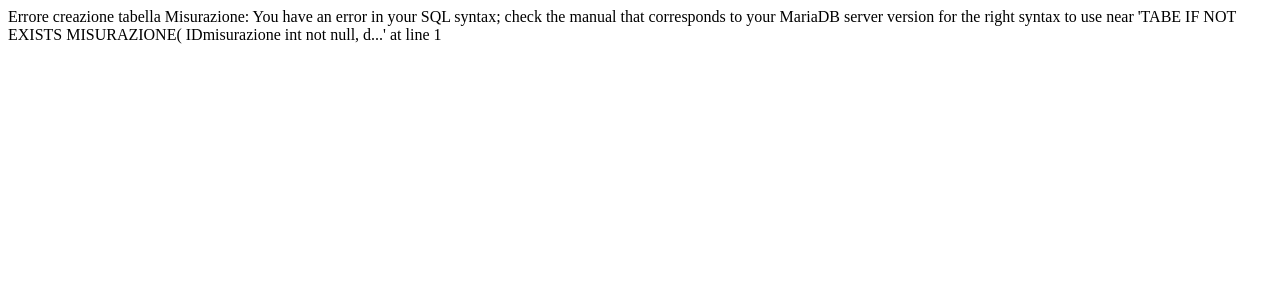
Repository: EmanueleCoradin/IoTMonitoring-CV-19-Patients
Page: http://localhost/init.php
These files come from the project's save history. The page is drawn as it stood at one moment and after a run of saves; the edit follows.
The browser window is 1280 px wide. The pictures show the whole page.
The page is run by PHP 8.4 with error messages shown; the project is at /var/www/html/.

Above is the page before, as saved 2020-05-11 16:47:54.

After the next 2 saves:
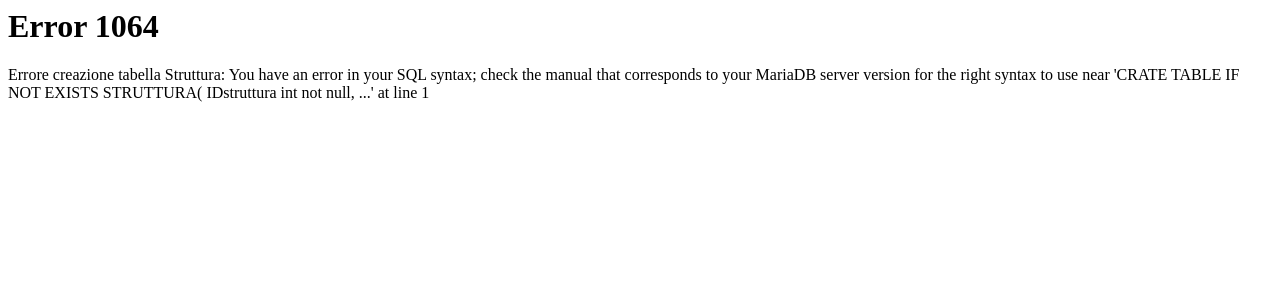
The 2 saves are shown as one change because they came seconds apart.
The last was saved 98 s later.
--- a/allegati/sitoPHP/php/init.php
+++ b/allegati/sitoPHP/php/init.php
@@ -35,7 +35,7 @@
 #-------------------------- TABELLA STRUTTURA ---------------------------#
 
 $sql="
-    CREATE TABLE IF NOT EXISTS STRUTTURA(
+    CRATE TABLE IF NOT EXISTS STRUTTURA(
         IDstruttura int not null,
         nome varchar(32) not null,
         via varchar(32) not null,
@@ -48,6 +48,7 @@
 $result = $conn -> query($sql);
 
 if(!$result){
+    print("<h1>Error ".$conn -> errno."</h1>");
     die("Errore creazione tabella Struttura: ".$conn -> error);
 }
 

After the save that followed:
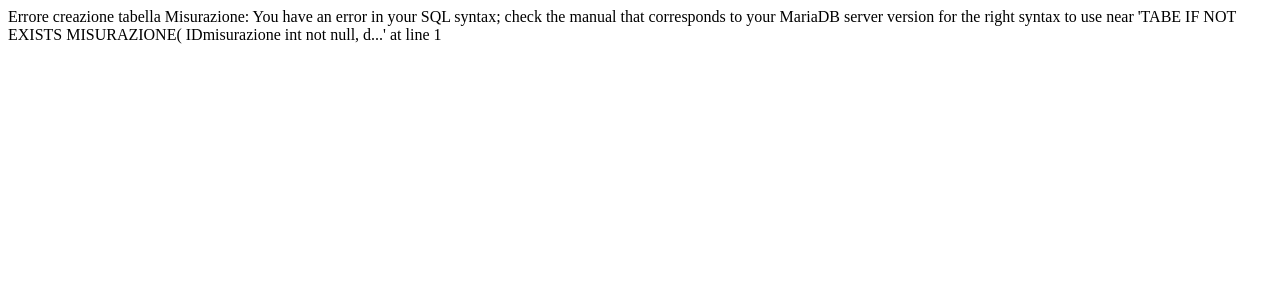
Saved 17 s later.
--- a/allegati/sitoPHP/php/init.php
+++ b/allegati/sitoPHP/php/init.php
@@ -35,7 +35,7 @@
 #-------------------------- TABELLA STRUTTURA ---------------------------#
 
 $sql="
-    CRATE TABLE IF NOT EXISTS STRUTTURA(
+    CREATE TABLE IF NOT EXISTS STRUTTURA(
         IDstruttura int not null,
         nome varchar(32) not null,
         via varchar(32) not null,
